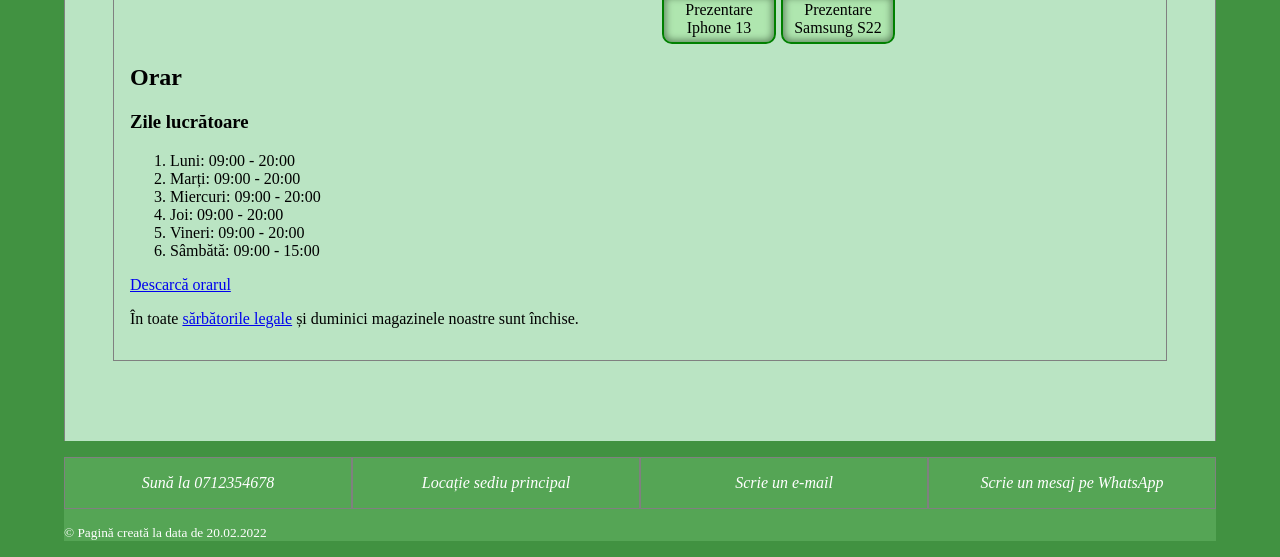
Repository: alexbanilean/Proiect-TW---ElectroHub
Page: index.html
An editor plug-in stored every save of this project. The page is shown before and after the next save, followed by the edit.
The browser window is 1280 px wide. The pictures show the part of the page from y = 3438 to 3995 px (the page is 3995 px tall).

Above is the page before, as saved 2022-03-06 19:11:31.

After the next save:
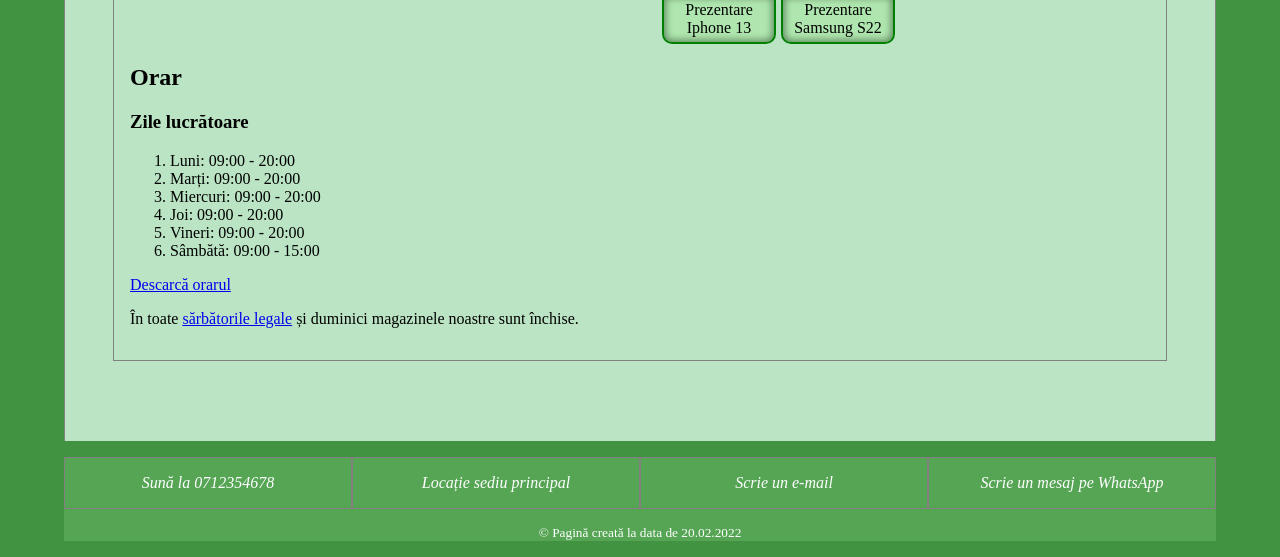
Saved 12 s later.
--- a/resurse/css/general.css
+++ b/resurse/css/general.css
@@ -134,7 +134,8 @@ footer>address a{
 
 footer>.copyright-info{
     display: flex;
-    text-align: center;
+    justify-content: center;
+    align-items: center;
 }
 
 /* Iframe + taburi */
